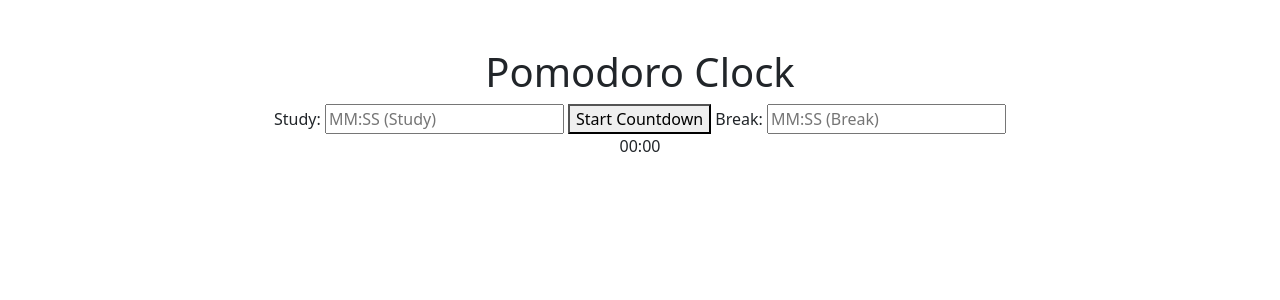
Repository: jobid0212/pomodoro-clock
Page: http://localhost/
These files come from the project's save history. The page is drawn as it stood at one moment and after the next save; the edit follows.
The browser window is 1280 px wide. The pictures show the whole page.
The page is served by the project's application, run on Flask 3 (app.py).

Above is the page before, as saved 2026-02-06 18:45:24.

After the next save:
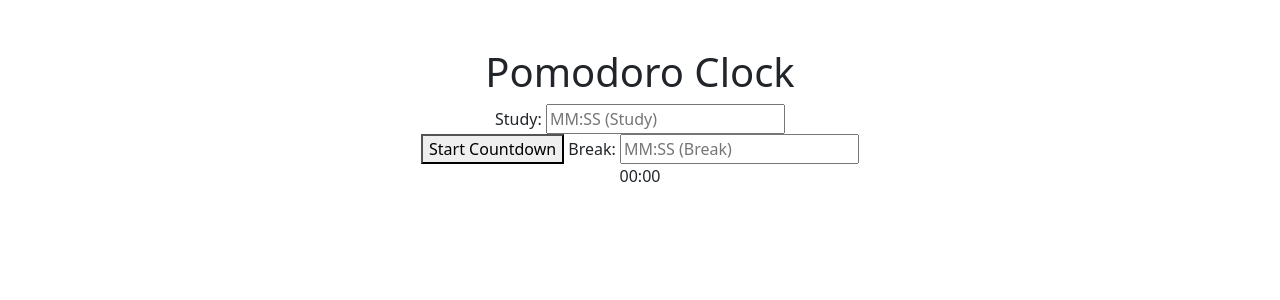
Saved 76 s later.
--- a/templates/index.html
+++ b/templates/index.html
@@ -23,11 +23,13 @@
                     <h1>Pomodoro Clock</h1>
                 </div>
                 <div class="timer-wrapper">
-                    <label for="studyDurationInput">Study:</label>
-                    <input type="text" id="studyDurationInput"
-                           pattern="[0-5][0-9]:[0-5][0-9]"
-                           placeholder="MM:SS (Study)"
-                           name="studyDurationInput">
+                    <span class="block-group">
+                        <label for="studyDurationInput">Study:</label>
+                        <input type="text" id="studyDurationInput"
+                               pattern="[0-5][0-9]:[0-5][0-9]"
+                               placeholder="MM:SS (Study)"
+                               name="studyDurationInput">
+                    </span>
 
                     <button onclick="startTimer('study')">Start Countdown</button>
 
